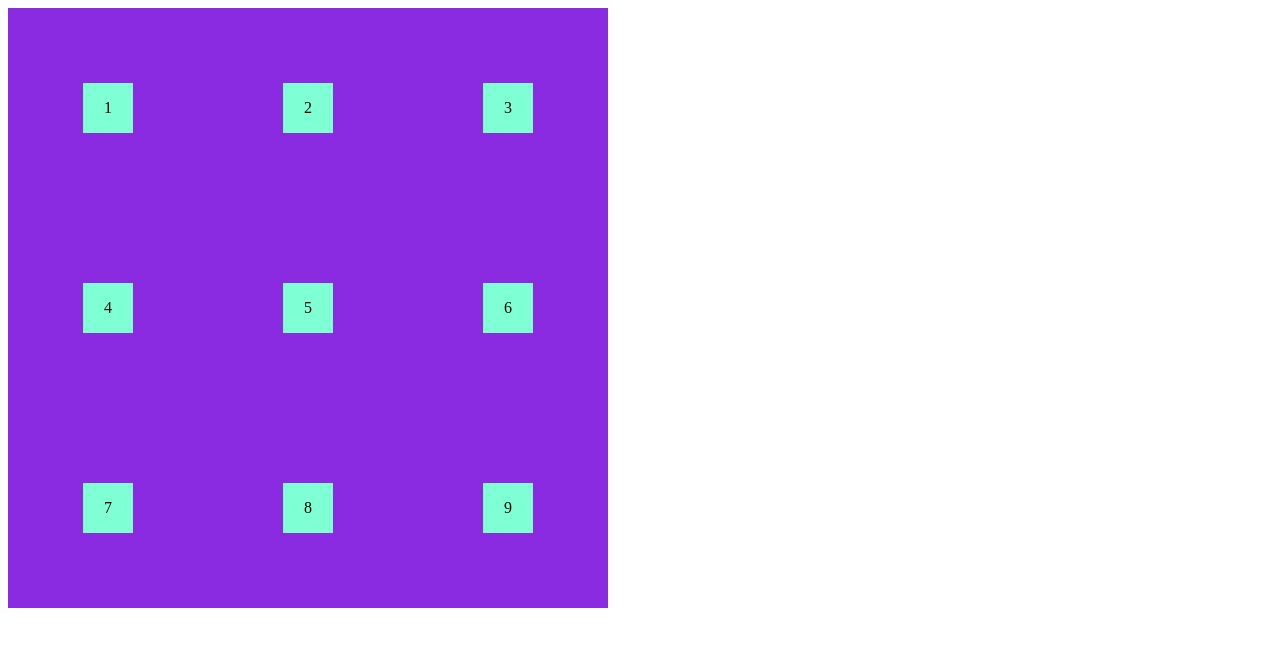
Repository: pwy114pwy/project_01
Page: 03.html
The author's editor kept a copy of each file at every save. The page is drawn from the files as they stood at one save, then again after a run of saves.
The browser window is 1280 px wide. The pictures show the whole page.

Above is the page before, as saved 2022-12-23 14:09:58.

After the next 15 saves:
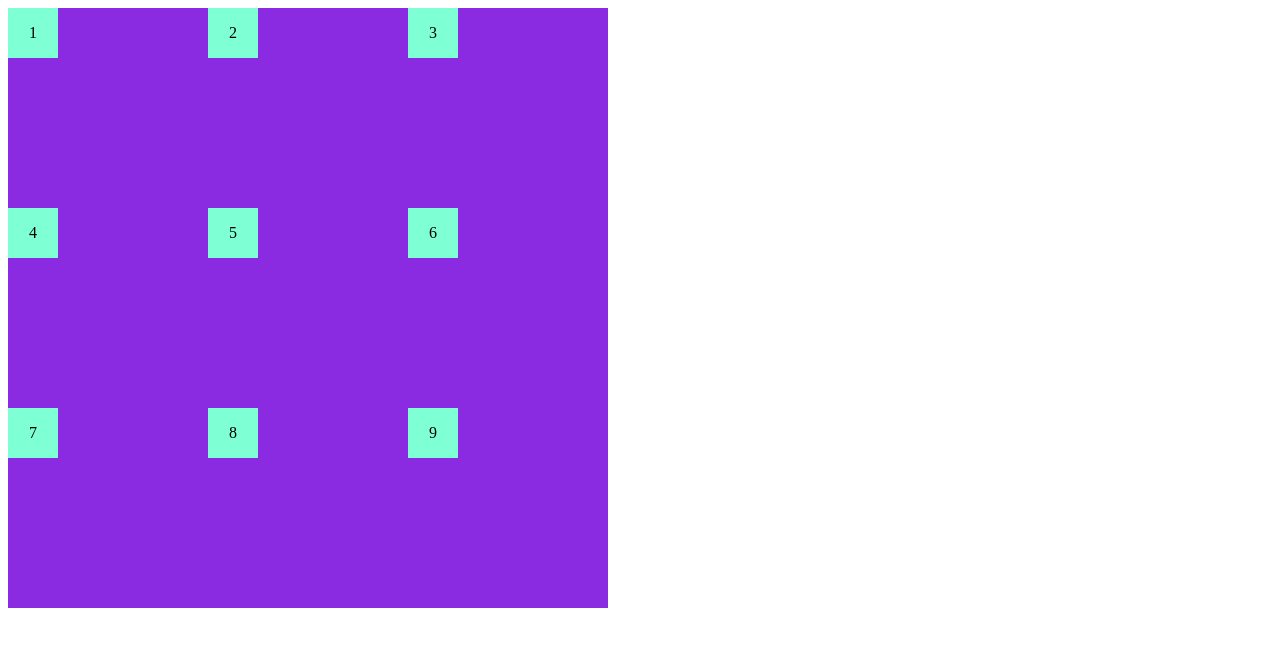
The 15 saves are shown as one change because they came seconds apart.
The last was saved 103 s later.
--- a/03.html
+++ b/03.html
@@ -13,8 +13,9 @@
             display: grid;
             grid-template-columns: repeat(3,200px);
             grid-template-rows: repeat(3,200px);
-            justify-items:center;
-            align-items: center;
+            /* justify-items:center;
+            align-items: center; */
+            place-items: center certer;
         }
         .main div{
             width: 50px;

After the save that followed:
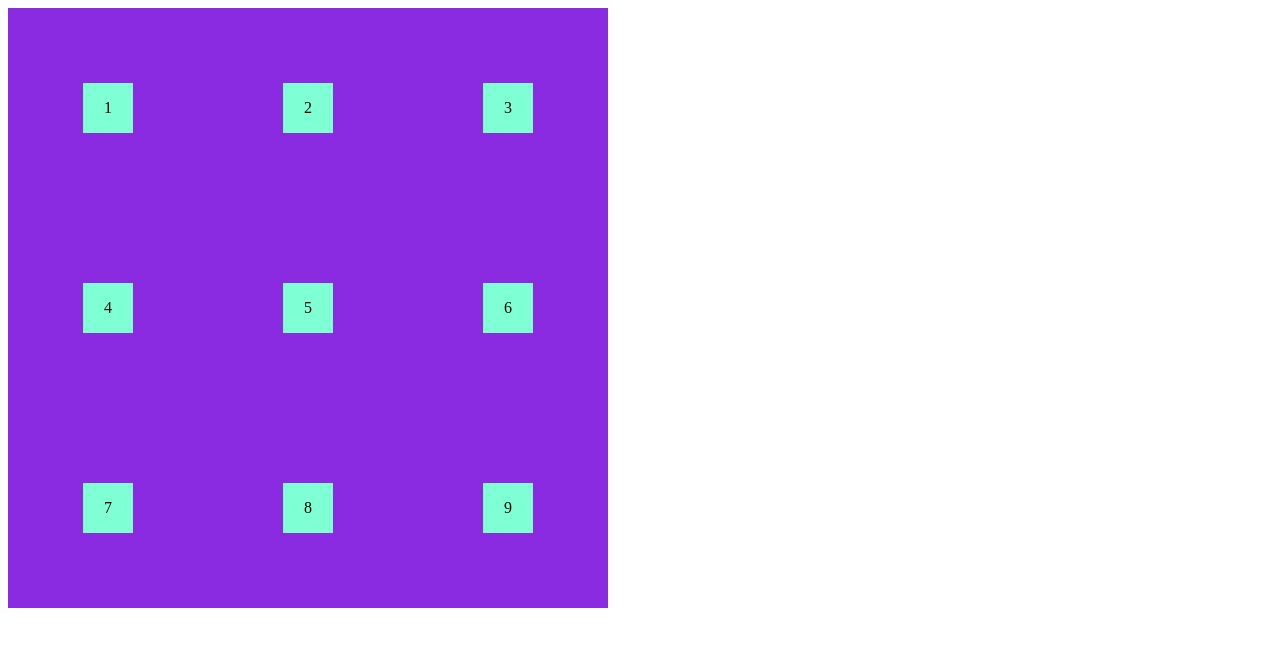
Saved 10 s later.
--- a/03.html
+++ b/03.html
@@ -15,7 +15,7 @@
             grid-template-rows: repeat(3,200px);
             /* justify-items:center;
             align-items: center; */
-            place-items: center certer;
+            place-items: center center;
         }
         .main div{
             width: 50px;
